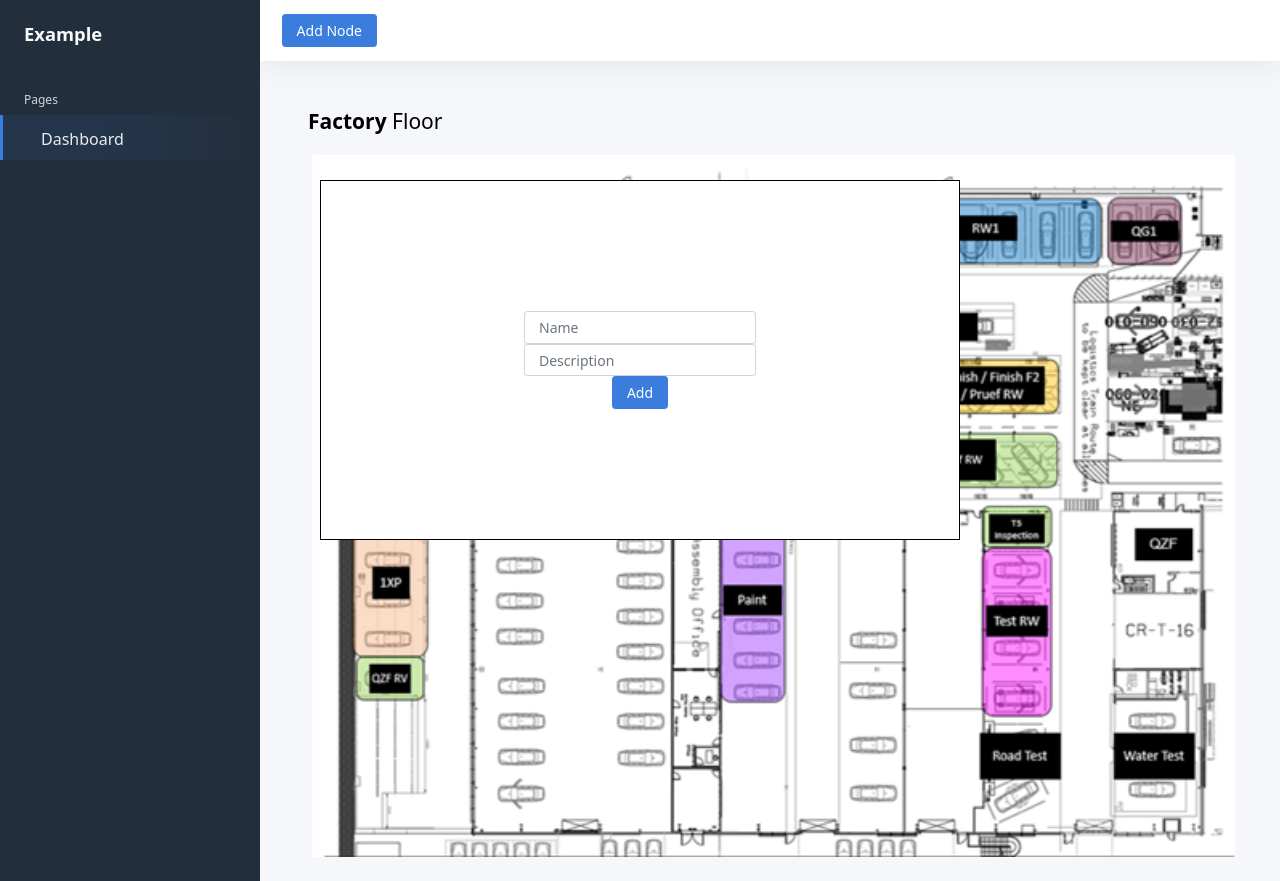
Repository: nick2price2003/rr-app
Page: /, after clicking the first element matching `button.addButton`
An editor plug-in stored every save of this project. The page is shown before and after the next save, followed by the edit.
The browser window is 1280 px wide. The pictures show the whole page.
The project was rebuilt for these pictures with package versions that can differ from the ones it lists, and the page was loaded fresh each time. The framework's server and built-in components were replaced by stand-ins that run in the browser. Also part of the build but not shown: next.config.js, components/ContextMenu.js, components/Card.js.

Above is the page before, as saved 2022-10-12 12:06:07.

After the next save:
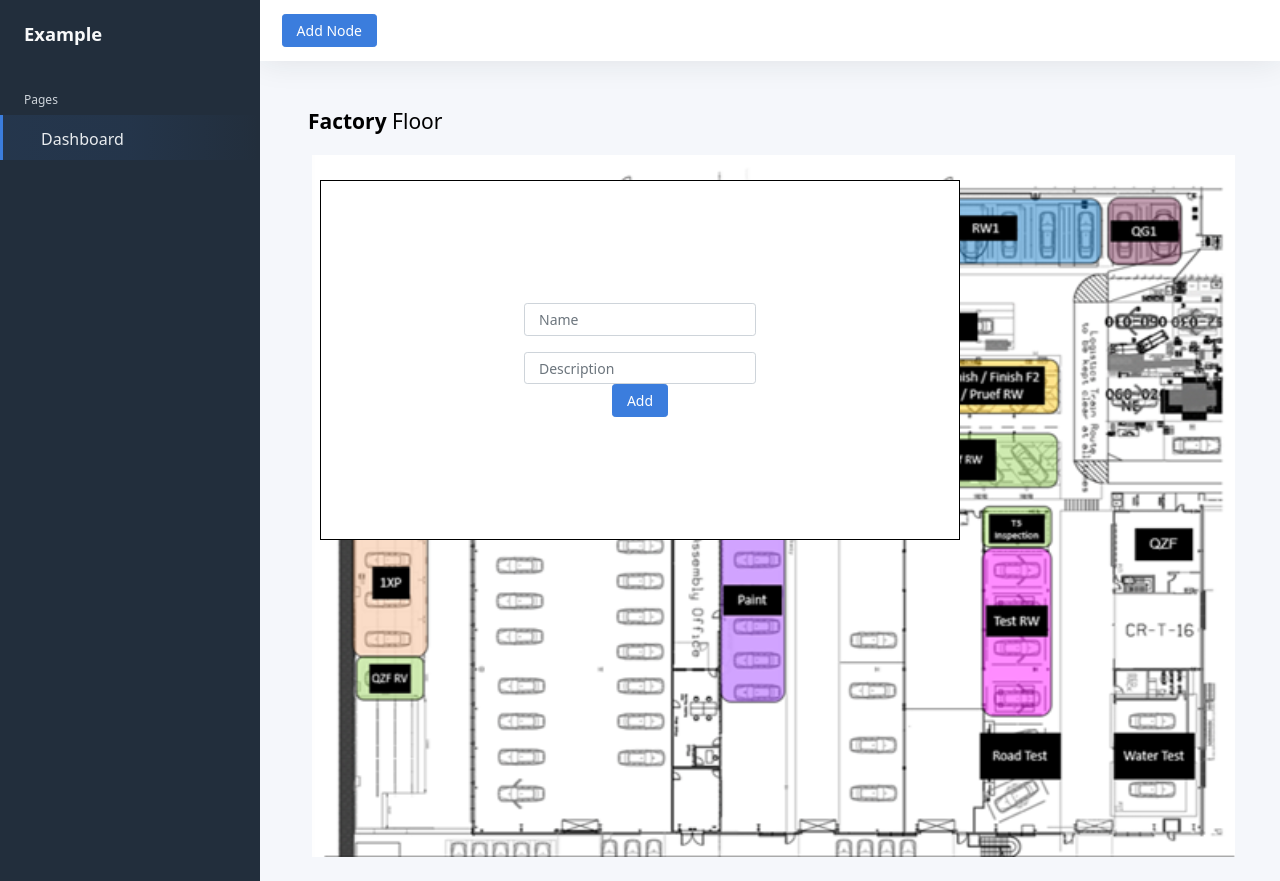
Saved 18 s later.
--- a/components/AddNodeForm.js
+++ b/components/AddNodeForm.js
@@ -20,7 +20,7 @@ export default function AddNodeForm({ setAddItem, addItem, tasks, setTasks }) {
         <input
           type='text'
           placeholder='Name'
-          className="form-control"
+          className="form-control mb-3"
           onChange={(e) => setName(e.target.value)}
         />
         <input
